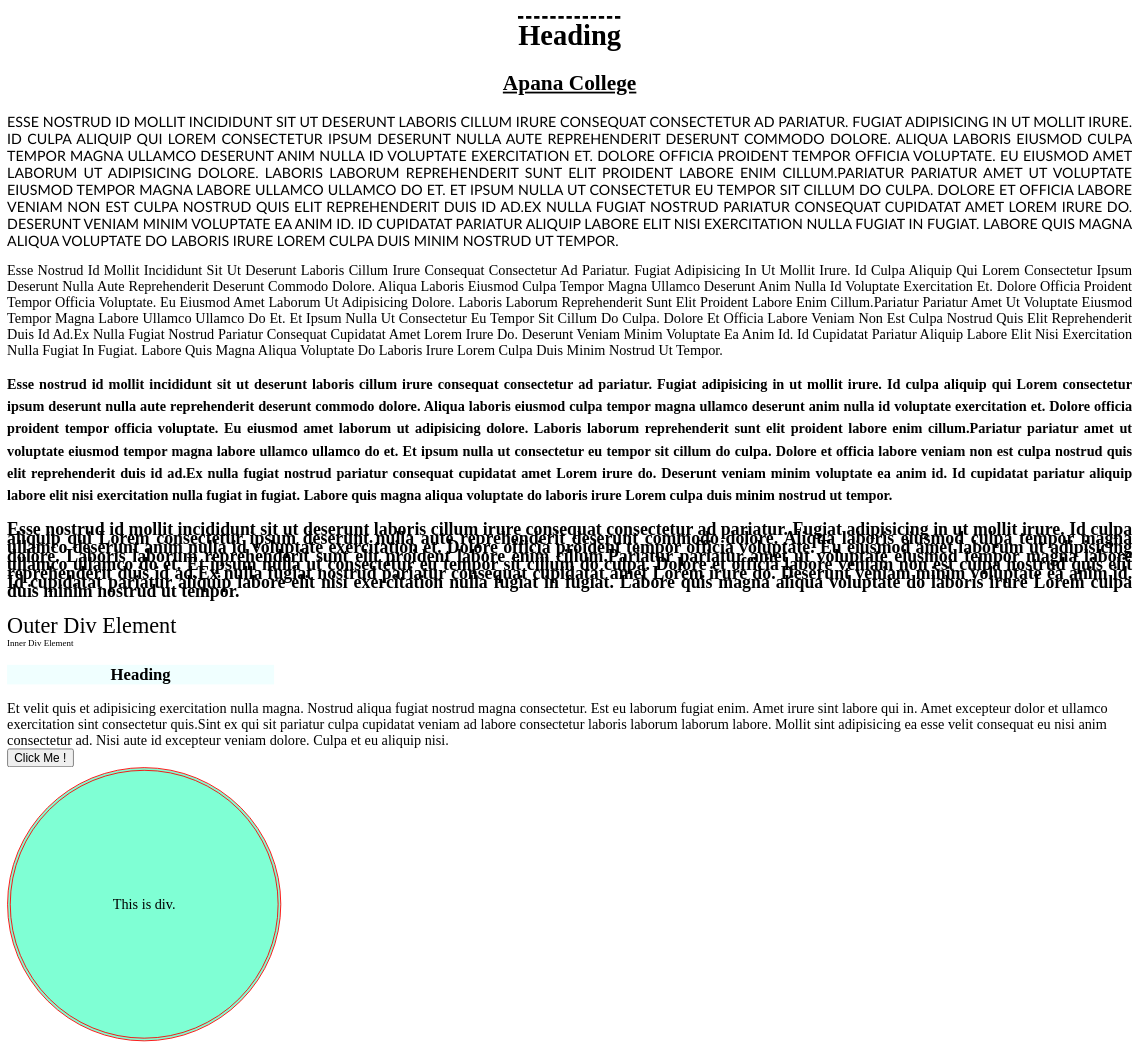
Repository: rakeshkolpepatil/CSS_Apana_College
Page: index.html
An editor plug-in stored every save of this project. The page is shown before and after the next save, followed by the edit.
The browser window is 1280 px wide. The pictures show the whole page, at 89% of full size.

Above is the page before, as saved 2023-06-22 21:32:40.

After the next save:
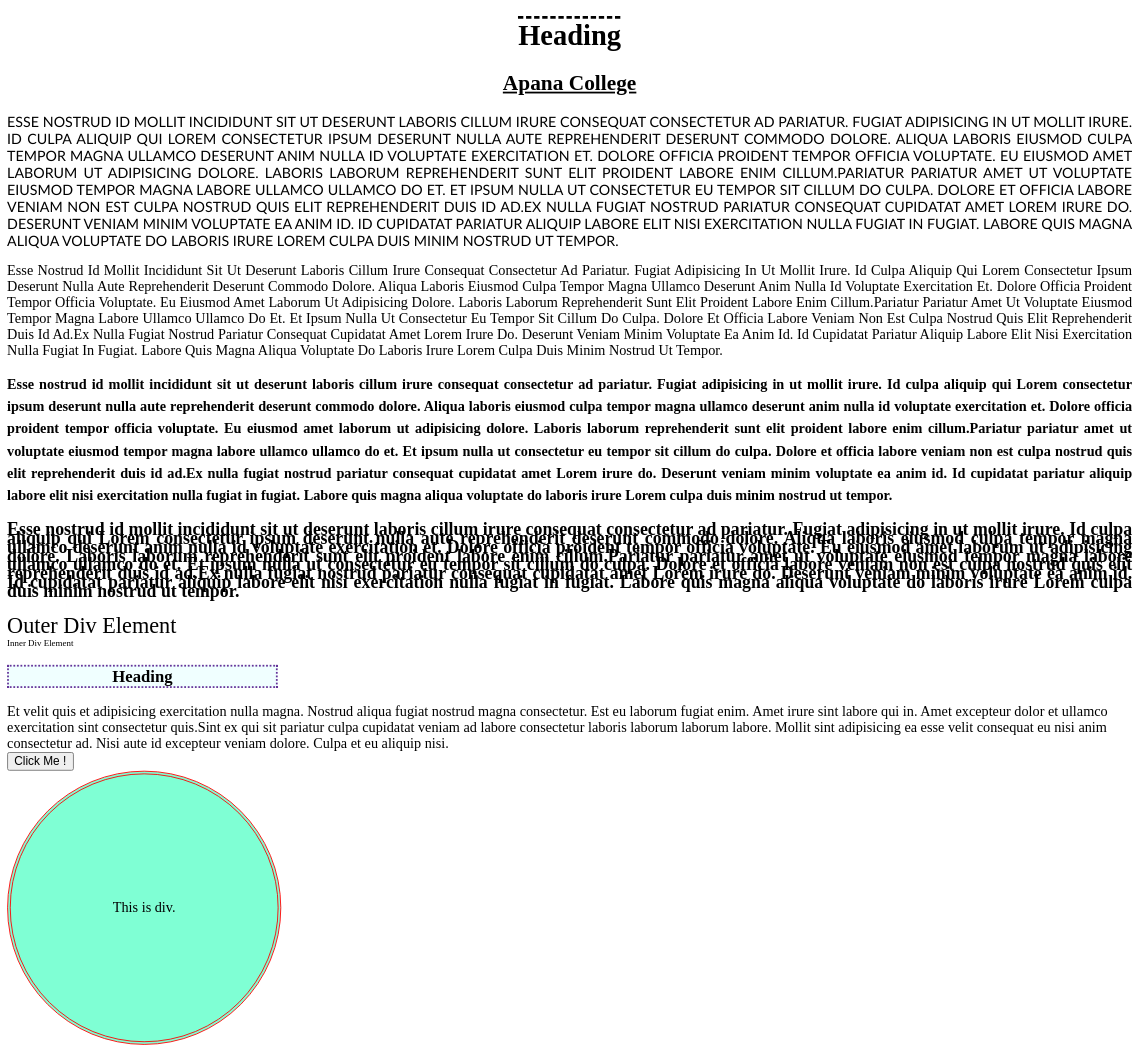
Saved 18 s later.
--- a/styleTwo.css
+++ b/styleTwo.css
@@ -67,6 +67,7 @@ h2{
 
 h3{
   text-align: center;
+  border: 2px dotted rebeccapurple;
   width: 300px;
   background-color:azure;
 }
